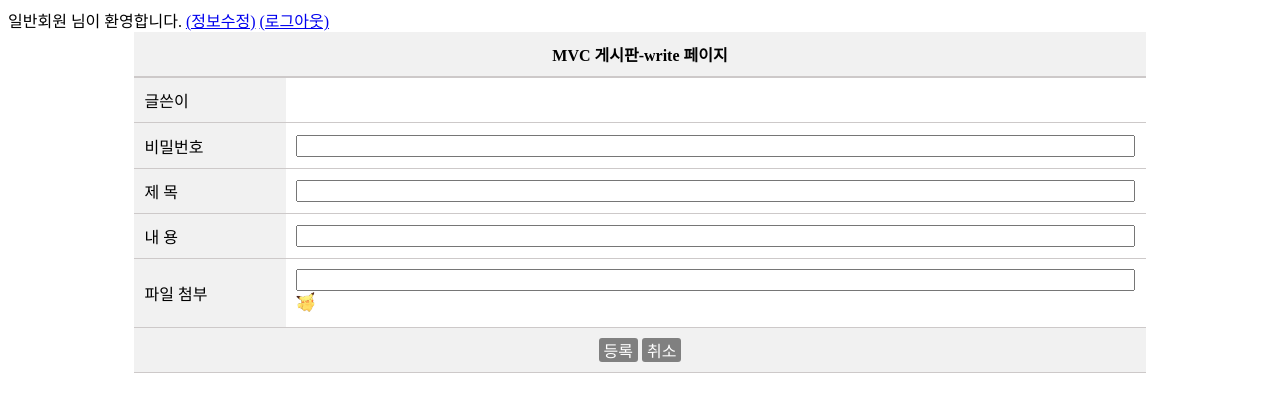
Repository: rumor1993/KH1
Page: http://localhost/Board/board/qna_board_write.jsp
These files come from the project's save history. The page is drawn as it stood at one moment and after the next save; the edit follows.
The browser window is 1280 px wide. The pictures show the whole page.
The page is served by Tomcat 9. The template is opened directly, without the code that normally fills it, so the values that code supplies are empty.

Above is the page before, as saved 2018-05-10 00:49:26.

After the next save:
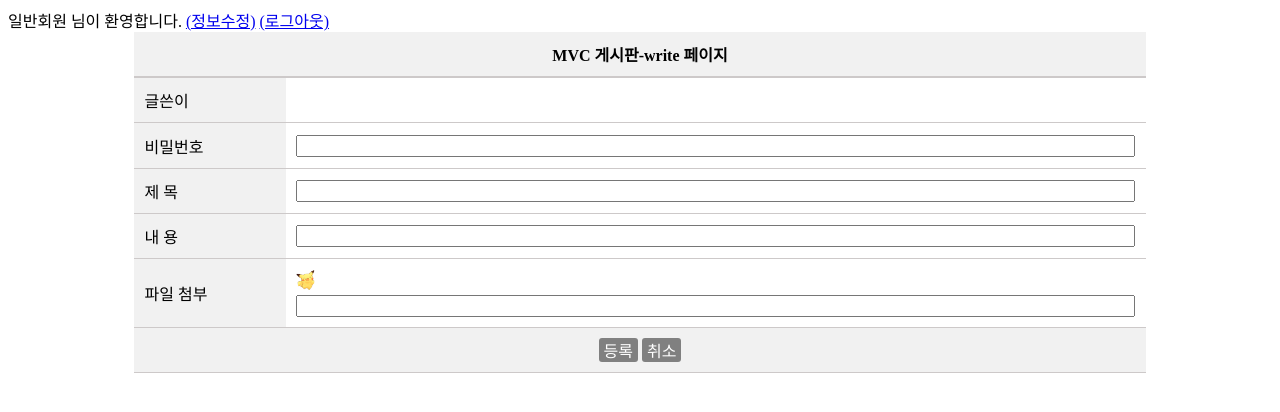
Saved 5 s later.
--- a/Board/WebContent/board/qna_board_write.jsp
+++ b/Board/WebContent/board/qna_board_write.jsp
@@ -60,8 +60,8 @@
 				</td>
 				<td>
 					<input name="BOARD_FILE" id="upfile" type="file">
+					<img src="./image/image.png" onclick="document.all.BOARD_FILE.click(); document.all.filePath.value=document.all.BOARD_FILE.value" >
 					<input type="text" name="filePath" readonly>
-					<img src="./image/image.png" onclick="document.all.BOARD_FILE.click(); document.all.filePath.value=document.all.BOARD_FILE.value" >
 				</td>
 			</tr>
 
